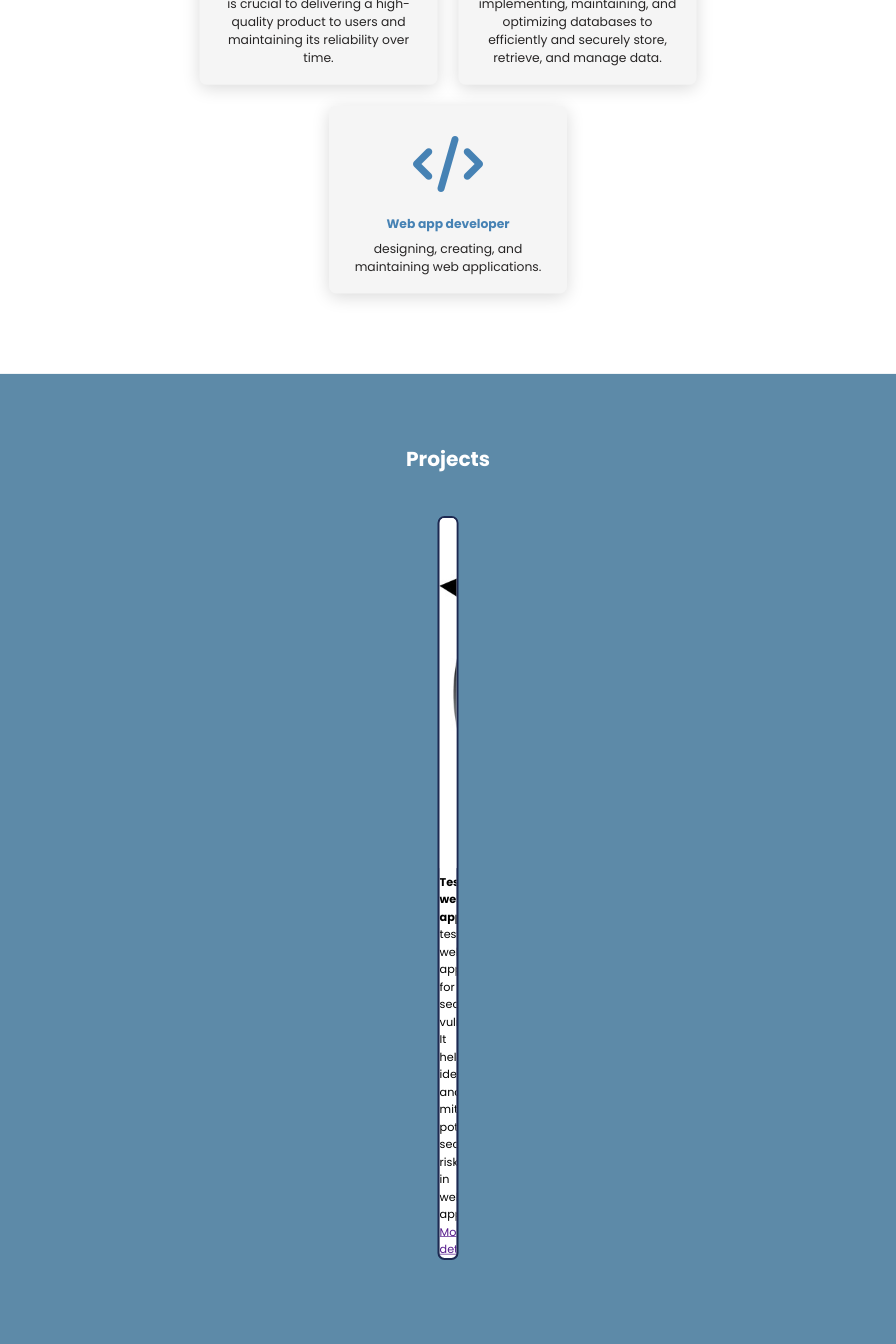
Repository: mohamed-makrani/Portfolio
Page: indixe.html
These files come from the project's save history. The page is drawn as it stood at one moment and after the next save; the edit follows.
The browser window is 1280 px wide. The pictures show the part of the page from y = 1143 to 3063 px (the page is 3063 px tall before and 2587 px after), at 70% of full size.
Backgrounds fixed to the window are drawn as part of the page.

Above is the page before, as saved 2023-09-16 23:43:15.

### indixe.html
<!DOCTYPE html>
<html lang="en">
<head>
    <meta charset="UTF-8">
    <meta name="descreption" content="makrani-mohamed/portfilio"/>
    <title>Mohamed-makrani</title>
    <link rel="stylesheet" href="https://cdnjs.cloudflare.com/ajax/libs/font-awesome/6.4.2/css/all.min.css"/>
    <link  rel="stylesheet" href="style.css" />
</head>
<body>
    <header>
        <a class="logo" href="#logo" >Mohamed-makrani</a>
        <nav class="navigation">
            <a href="#services" >services</a>
            <a href="#projects" > projects</a>
            <a href="#"> contact </a>

        </nav>
    </header>
    <section class="main" id="logo">
        <div>
            <h6>Hello, I'm mohamed </h6>
            <h1>Web developer</h1>
            <h4>Width defines web's rhythm</h4>
        <a href="#" class="main-button">view my work</a>
        <div class="social-media">
            <a href="#" ><i class="fa-brands fa-github"></i></a>
            <a href="#" ><i class="fa-brands fa-linkedin"></i></a>
            <a href="#"><i class="fa-brands fa-instagram"></i></a>
            <a href="#"><i class="fa-brands fa-facebook"></i></a>
        </div>
        </div>
    </section>

    <section class="cards" id="services" >
        <h2 class="title">Services</h2>
        <div class="content" >
            <div class="card">
                <div class="icon"><i class="fa-solid fa-shield-halved"></i></div>
                <div class="info">
                    <h2>Web app testing</h2>
                    <p>Effective web application testing is crucial to delivering a high-quality product to users and maintaining its reliability over time.</p>
                </div>
            </div>
            <div class="card">
                <div class="icon"><i class="fa-solid fa-database"></i></div>
                <div class="info">
                    <h2>Database management</h2>
                    <p>the process of designing, implementing, maintaining, and optimizing databases to efficiently and securely store, retrieve, and manage data.</p>
                </div>
            </div>
            <div class="card">
                <div class="icon"><i class="fa-solid fa-code"></i></div>
                <div class="info">
                    <h2>Web app developer</h2>
                    <p> designing, creating, and maintaining web applications.</p>
                </div>

            </div>

        </div>
    </section>
        <section class="Projects" id="projects">
            <h2 class="projec-title">Projects</h2>
            <div class="project-content">
                <div class="project-card">
                    <div class="image">
                        <img src="oo.jpg" />
                    </div>
                    <div class="project-info">
                        <strong class="project-title">Testing web applications</strong>
                        <p> testing web applications for security vulnerabilities. It helps identify and mitigate potential security risks in web applications</p>
                        <a href="" class="detaile" >More detaile</a>

                    </div>
                </div>
                <!--<div class="project-card">
                    <div class="image">
                        <img src="" />
                    </div>
                    <div class="project-info">
                        <strong class="project-title"></strong>
                        <p></p>
                        <a href="" class="detaile">More detaile</a>
                    </div>

                </div>-->

                <!--<div class="project-card">
                    <div class="image">
                        <img src="" />
                    </div>
                    <div class="project-info">
                        <strong class="project-title"></strong>
                        <p></p>
                        <a href="" class="detaile">More detaile</a>
                    </div>
                </div>-->






            </div>







        </section>








</body>
</html>

### style.css
@import url('https://fonts.googleapis.com/css2?family=Poppins:ital,wght@0,200;0,300;0,400;0,500;0,600;0,700;0,800;0,900;1,100;1,200;1,300;1,400;1,500;1,600;1,700;1,800;1,900&display=swap');

*{

    font-family: 'Poppins', sans-serif;
    margin: 0;
    padding: 0;
    box-sizing: border-box;
    scroll-behavior: smooth;
}
 header{

    background-color: #f5f5f5;
    width: 100%;
    position: fixed;
    display: flex;
    z-index: 999;
    justify-content: space-between;
    align-items: center;
    padding: 10px 200px;

 }
 .logo {
    /* default is 16 px */

    text-decoration: none;
    font-size: 16px;
    color: #126180;
    text-transform: uppercase;
    font-weight: 700;
 }
 .navigation a{
    color: #126180;
    font-size: 15px;
    font-weight: 600px;
    text-decoration: none;
    padding-left:  30px;

 }
.navigation a:hover {

color: rgb(83, 15, 146);
}
 section {

   padding: 100px 150px;
 }
 .main{

   width: 100%;
   min-height: 100vh;
   display: flex;
   align-items: center;
   background:url(backround.jpg) no-repeat;
   background-size: cover;
   background-position:center ;
   background-attachment: fixed;

 }
 .main h6 {

   color: white;
   font-weight:500px ;
   font-size: 0.9em;


 }

 .main h1 {

   color:#5d8aa8 ;
   font-size: 2.4em;
   font-weight: 500px;
   margin-top: 6px;
 }
 .main h4 {

   color: white;
   font-size: 1em;
   font-weight: 500px;
   margin-top: 6px;
   margin-bottom: 20px;
   letter-spacing:1px;
 }
.main-button {

color : white;
text-decoration: none;
background-color: #92a1cf;
letter-spacing : 1px;
font-size: 1em;
font-weight: 600px;
display: inline-block;
padding: 0.935em 2.187em;
border-radius: 12px;
margin-bottom: 20px;
transition: 0.7s ease;

}
.main-button :hover{
   background-color:#545aa7;
   transform: scale(1.1);
}
.social-media a{

   color: white;
   font-size: 22px;
   padding-left: 18px;

}

.title {

   display: flex;
   justify-content: center;
   color:#126180;
   font-size:1.8em ;
   font-weight: 700px;
   margin-bottom: 40px;
}
.content{
   display: flex;
   justify-content: center;
   flex-direction: row;
   flex-wrap: wrap;
}
.card {
   background-color:#f5f5f5;
   width:21.25em;
   box-shadow: 0 5px 25px rgba(1 1 1 /15%);
    border-radius: 10px;
    padding: 25px;
    margin: 15px;
    transition: 0.4s ease;
}
.card:hover {
   transform: scale(1.1);
}
.icon {
   color: #4682b4;
   text-align: center;
   font-size: 5em;
}
.info h2 {

   color:#4682b4 ;
   text-align: center;
   font-size:1.1em;
   font-weight: 700px;
   margin:10px ;

}
.info p {

   text-align: center;
   font-size:1.1em ;
   font-weight:500px ;
   color :rgb(39, 37, 37);


}
.Projects{
   background-color: #5d8aa8;
}
.projec-title{

   display: flex;
   justify-content: center;
   color: white;
   font-size:1.8em ;
   font-weight:700 ;
   margin-bottom: 40px;

}
.project-content{

   display: flex;
   justify-content: center;
   flex-direction: row;
   flex-wrap: wrap;
}
.project-card{
   background-color: white;
   border: 3px solid #1d2951;
   min-height: 14em;
   width: 30px;
   overflow: hidden;
   border-radius: 10px;
   margin: 20px;
   transition: 0.5s ease;
}
.project-card:hover{
   transform : scale(1.1);

}
.image{
   width: 100%;
}

After the next save:
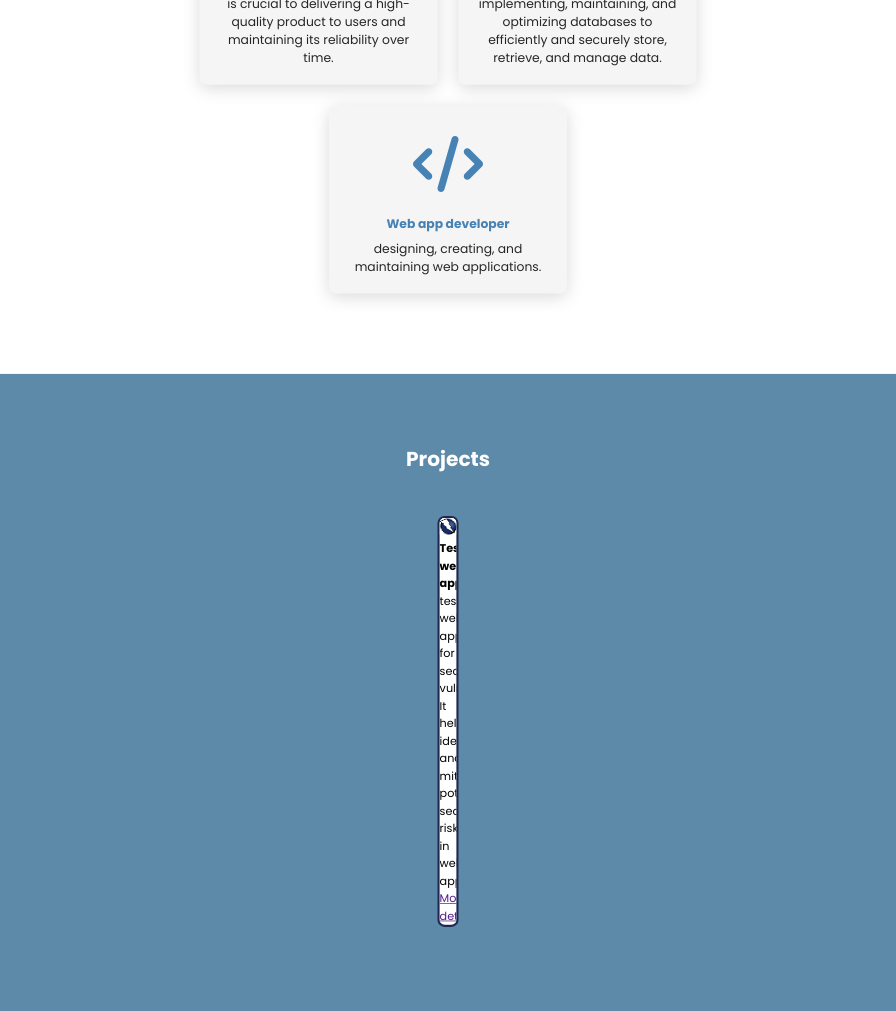
Saved 56 s later.
--- a/style.css
+++ b/style.css
@@ -193,6 +193,6 @@ transition: 0.7s ease;
    transform : scale(1.1);
 
 }
-.image{
+.image img{
    width: 100%;
 }
